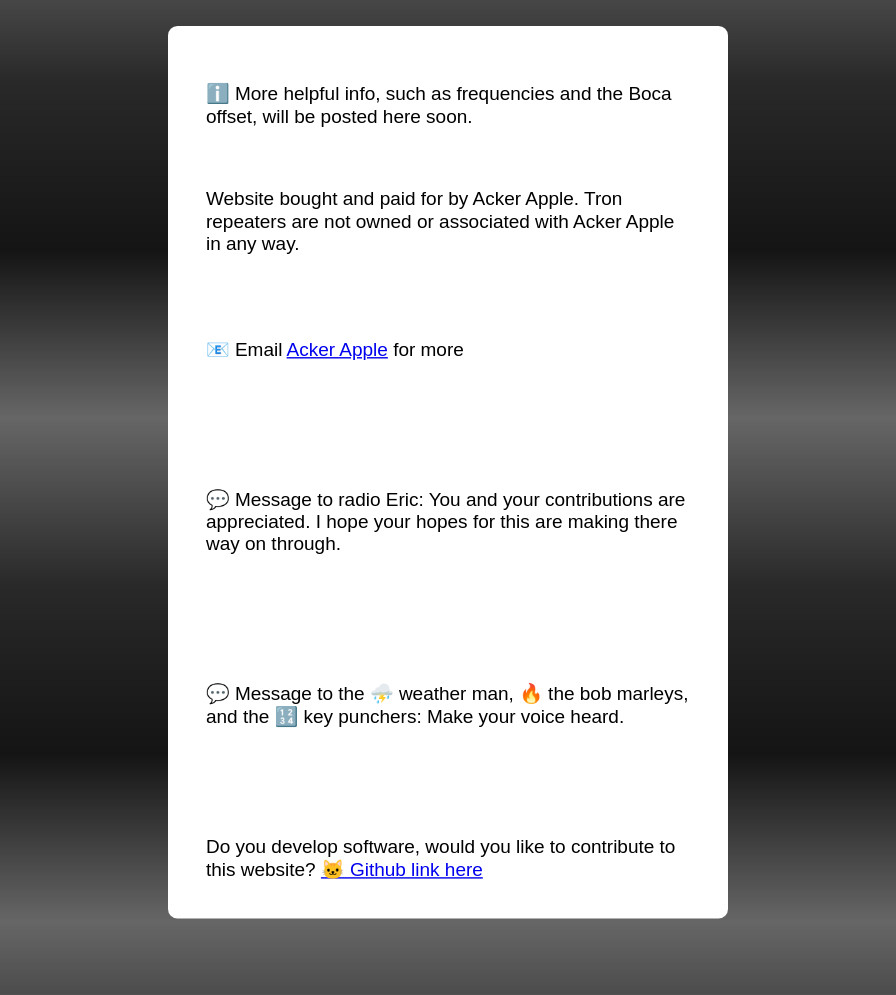
Repository: AckerApple/tronrepeaters
Page: index.html
An editor plug-in stored every save of this project. The page is shown before and after the next save, followed by the edit.
The browser window is 1280 px wide. The pictures show the part of the page from y = 843 to 2763 px (the page is 2264 px tall before and 2789 px after), at 70% of full size.
Backgrounds fixed to the window are drawn as part of the page.

Above is the page before, as saved 2025-01-15 14:46:46.

### index.html
<!DOCTYPE html>
<html lang="en">
<head>
  <title>App</title>
  <meta charset="UTF-8" />
  <meta name="viewport" content="viewport-fit=cover, width=device-width, initial-scale=1, maximum-scale=1, minimum-scale=1, user-scalable=0" />
  <meta name="apple-mobile-web-app-title" content="App" />
  <meta name="apple-mobile-web-app-capable" content="yes" />
  <meta name="apple-mobile-web-app-status-bar-style" content="black" />
  <!-- emoji as favicon -->
  <link rel="icon" href="data:[embedded picture, 141 characters]" />
  <style>
    * {box-sizing:border-box;}
    html, body{
      width:100%;height:100%;padding:0;margin:0;font-family: Arial, Helvetica, sans-serif;
      background: #666 linear-gradient(to top, #666, rgba(0, 0, 0, 0.8), rgba(0, 0, 0, 0.6), rgba(0, 0, 0, 0)) no-repeat; /* Create a gradient from black to transparent */
      background-attachment: fixed;
    }
    html {scroll-behavior:smooth;font-size:calc(22px + .4vw);}
    input[type="checkbox"], input[type="radio"] {width:1em;height:1em;}
    select, textarea, button, input {padding:.5vw;border-radius:.5vw;font-size:.9em;}
    a, summary {cursor: pointer}

    .content-bubble {
      background-color: white;border-radius: .5em;padding:2em;
      margin-bottom: 2em;
    }
  </style>
</head>
<body>
  <noscript style="color:red">Javascript is required but is turned off on your device</noscript>
  <div style="display: flex;justify-content: center;">
    <div style="max-width: 800px;margin:2em;">
      <h1> 📡 Tron Repeaters</h1>
      <div>🚧 Under development...</div>
      <div class="content-bubble">
        <p>A place to gather and post information about Tron repeaters in the great 🇺🇸 US of A.</p>
      </div>
      <div class="content-bubble">
        <p>🧠 Thought process: The Tron repeaters, amongst other things, are a gateway into radio for many folks. This website is aimed to be a gateway for those who stumbled onto GMRS radio and are wanting to learn more.</p>
      </div>
      <div class="content-bubble">
        <p>ℹ️ More helpful info, such as frequencies and the Boca offset, will be posted here soon.</p>
        <br />
        <p>Website bought and paid for by Acker Apple. Tron repeaters are not owned or associated with Acker Apple in any way.</p>
        <br /><br />
        <p>📧 Email <a href="mailto:me@ackerapple.com?subject=TronRepeaters">Acker Apple</a> for more</p>
        <br /><br /><br /><br />
        <p>💬 Message to radio Eric: You and your contributions are appreciated. I hope your hopes for this are making there way on through.</p>
        <br /><br /><br /><br />
        <p>💬 Message to the ⛈️ weather man, 🔥 the bob marleys, and the 🔢 key punchers: Make your voice heard.</p>
        <br /><br /><br /><br />
        Do you develop software, would you like to contribute to this website?
        <a href="https://github.com/AckerApple/tronrepeaters">🐱 Github link here</a>
      </div>
    </div>
  </div>
</body>
</html>

After the next save:
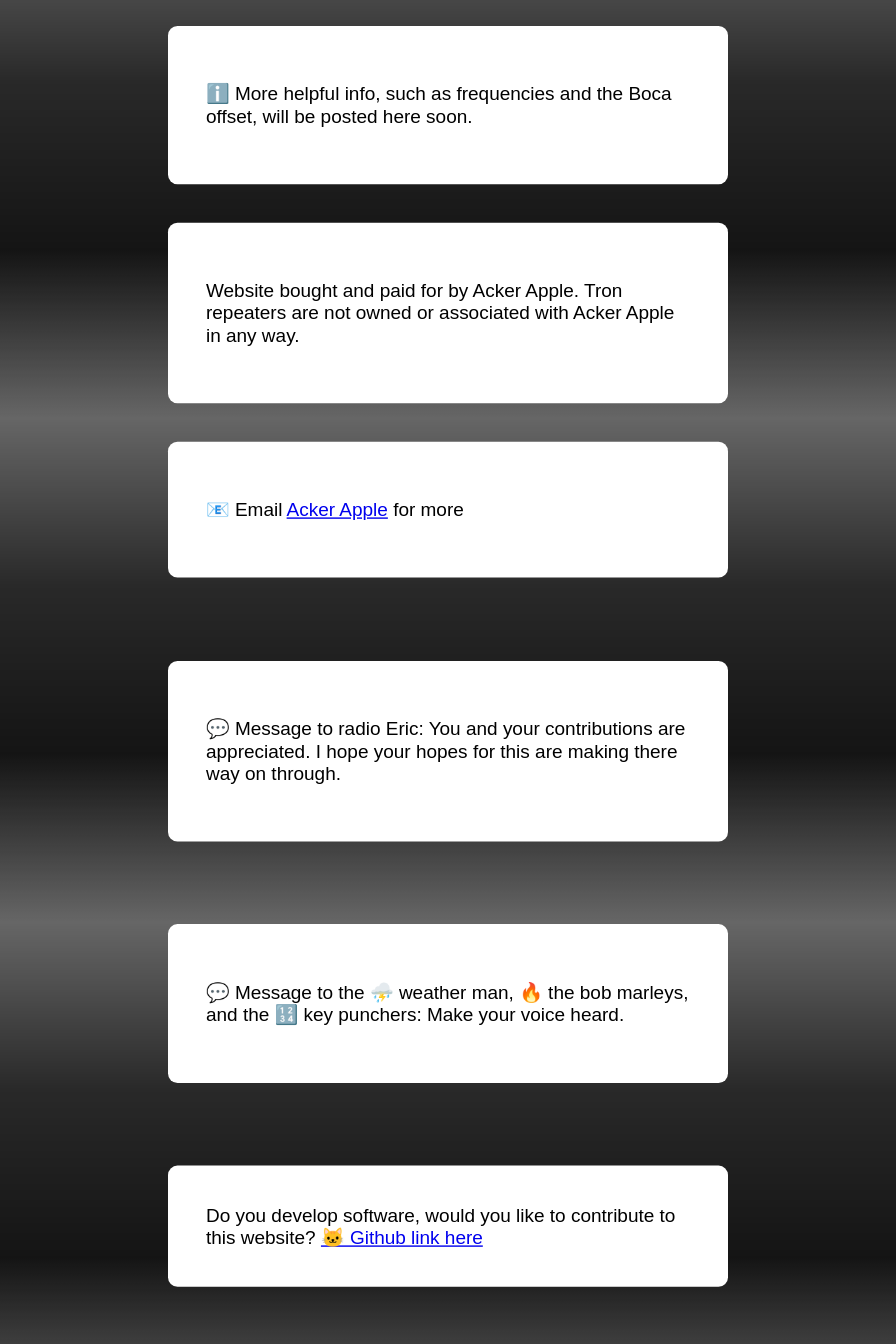
Saved 40 s later.
--- a/index.html
+++ b/index.html
@@ -41,15 +41,23 @@
       </div>
       <div class="content-bubble">
         <p>ℹ️ More helpful info, such as frequencies and the Boca offset, will be posted here soon.</p>
-        <br />
+      </div>
+      <div class="content-bubble">
         <p>Website bought and paid for by Acker Apple. Tron repeaters are not owned or associated with Acker Apple in any way.</p>
-        <br /><br />
+      </div>
+      <div class="content-bubble">
         <p>📧 Email <a href="mailto:me@ackerapple.com?subject=TronRepeaters">Acker Apple</a> for more</p>
-        <br /><br /><br /><br />
+      </div>
+      <br /><br />
+      <div class="content-bubble">
         <p>💬 Message to radio Eric: You and your contributions are appreciated. I hope your hopes for this are making there way on through.</p>
-        <br /><br /><br /><br />
+      </div>
+      <br /><br />
+      <div class="content-bubble">
         <p>💬 Message to the ⛈️ weather man, 🔥 the bob marleys, and the 🔢 key punchers: Make your voice heard.</p>
-        <br /><br /><br /><br />
+      </div>
+      <br /><br />
+      <div class="content-bubble">
         Do you develop software, would you like to contribute to this website?
         <a href="https://github.com/AckerApple/tronrepeaters">🐱 Github link here</a>
       </div>
